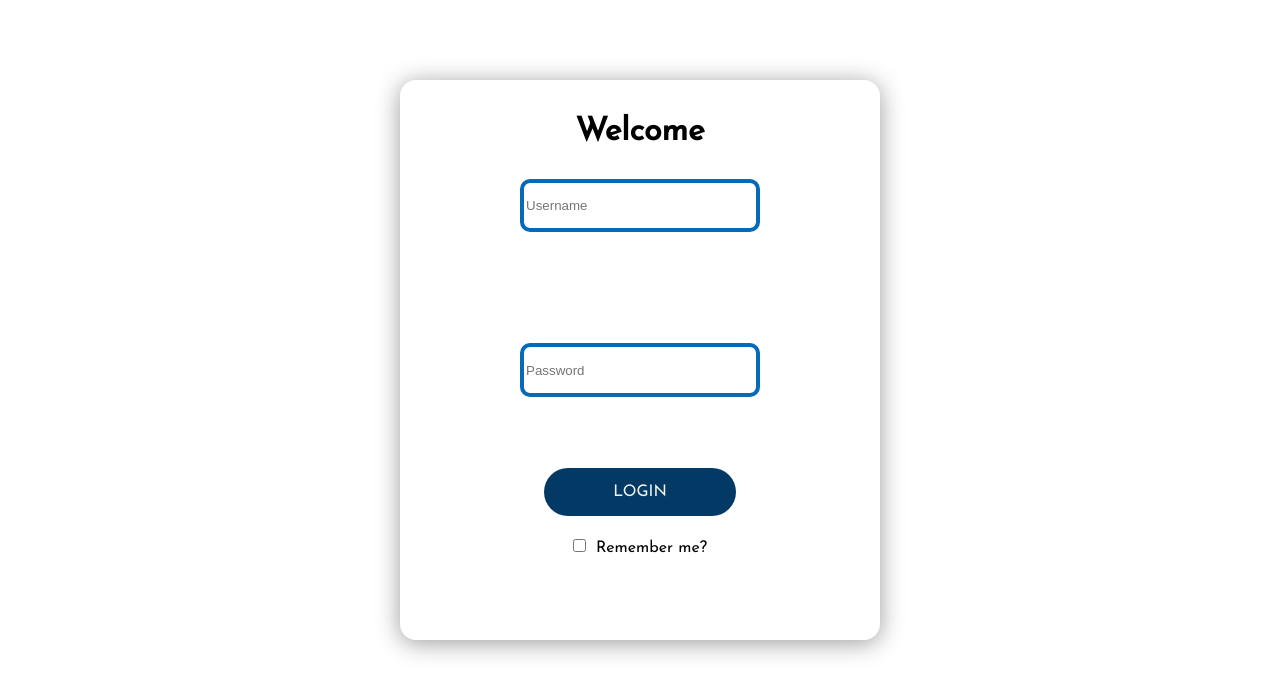
Repository: Tahaa2t/Researchers
Page: /
These files come from the project's save history. The page is drawn as it stood at one moment and after the next save; the edit follows.
The browser window is 1280 px wide. The pictures show the whole page.
The project was rebuilt for these pictures with package versions that can differ from the ones it lists, and the page was loaded fresh each time.

Above is the page before, as saved 2023-06-22 00:42:07.

After the next save:
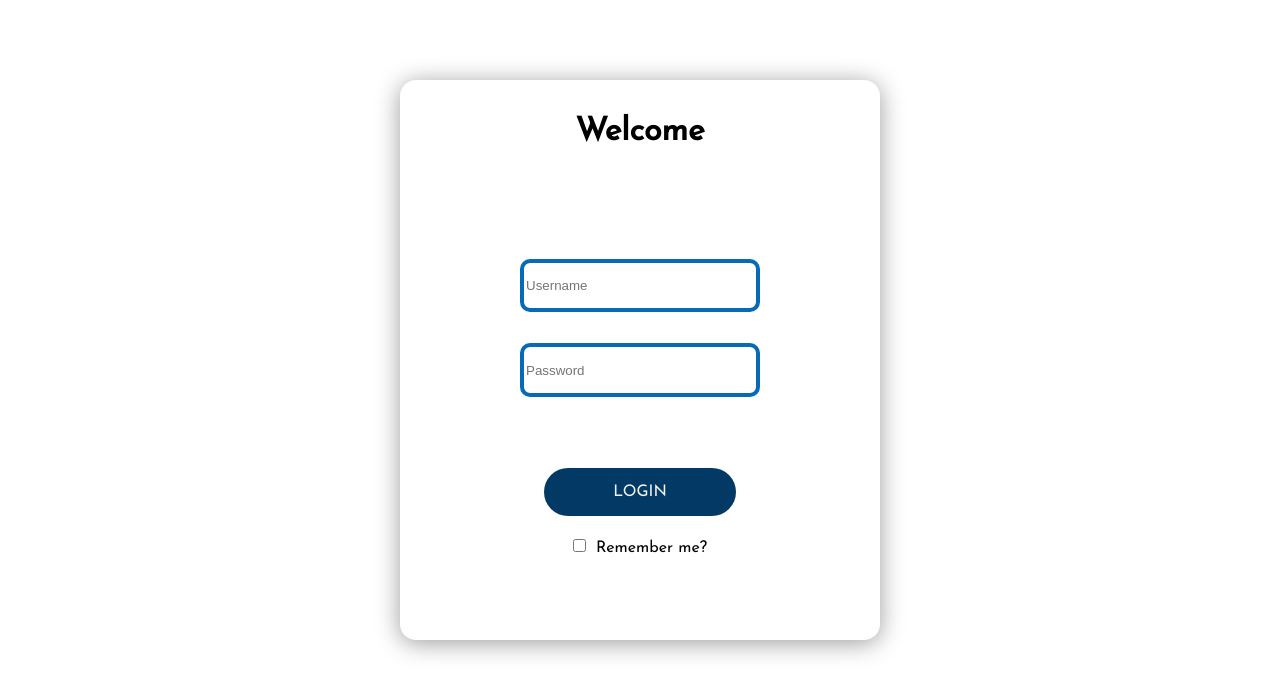
Saved 6 s later.
--- a/src/Components/css/loginstyle.css
+++ b/src/Components/css/loginstyle.css
@@ -48,7 +48,7 @@ input[type=text]{
   height: 4em;
   width: 50%;
   position: relative;
-  bottom: 3em;
+  bottom: -3em;
 }
 
 
